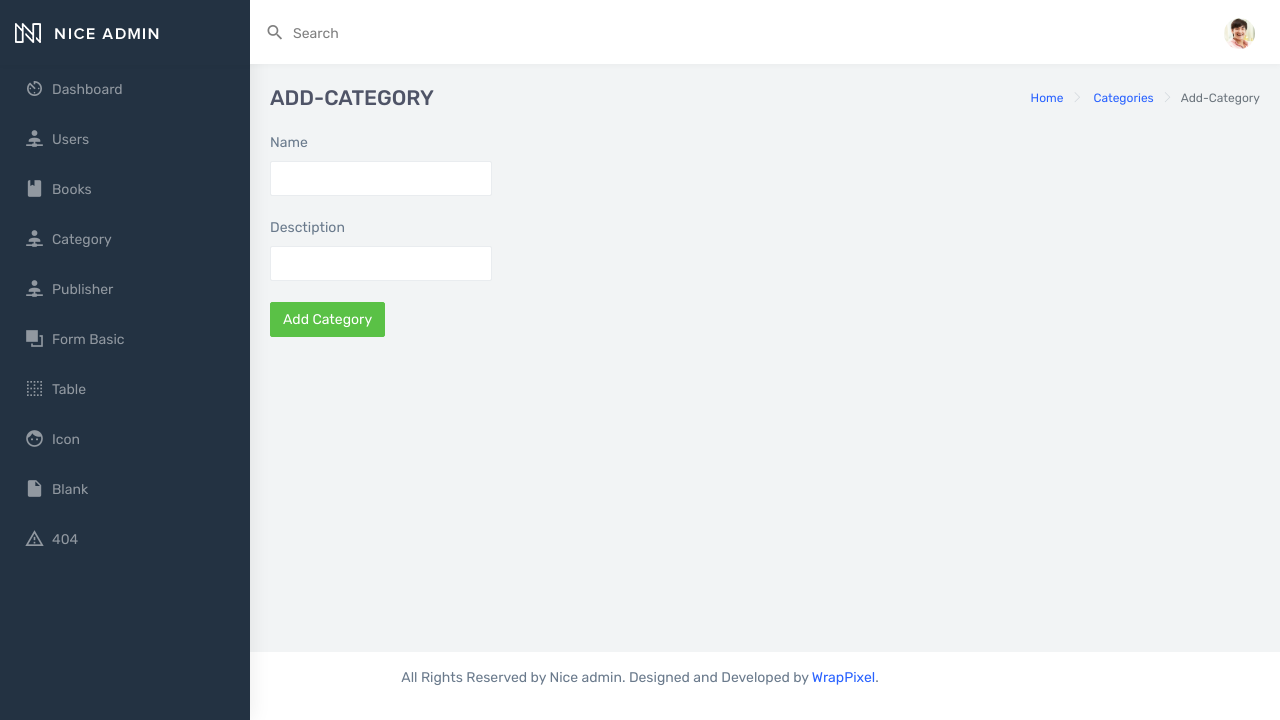
Repository: dev1xc/library-management-system
Page: http://localhost/admin/add-category
An editor plug-in stored every save of this project. The page is shown before and after the next save, followed by the edit.
The browser window is 1280 px wide. The pictures show the whole page.
The page is served by the project's Laravel application, run on PHP 8.4 with Laravel 10. The first stored user is signed in. The database holds what the project's SQL file puts in it.

Above is the page before, as saved 2024-02-08 02:40:44.
Console error: TypeError: Cannot read properties of null (reading 'querySelector')

After the next save:
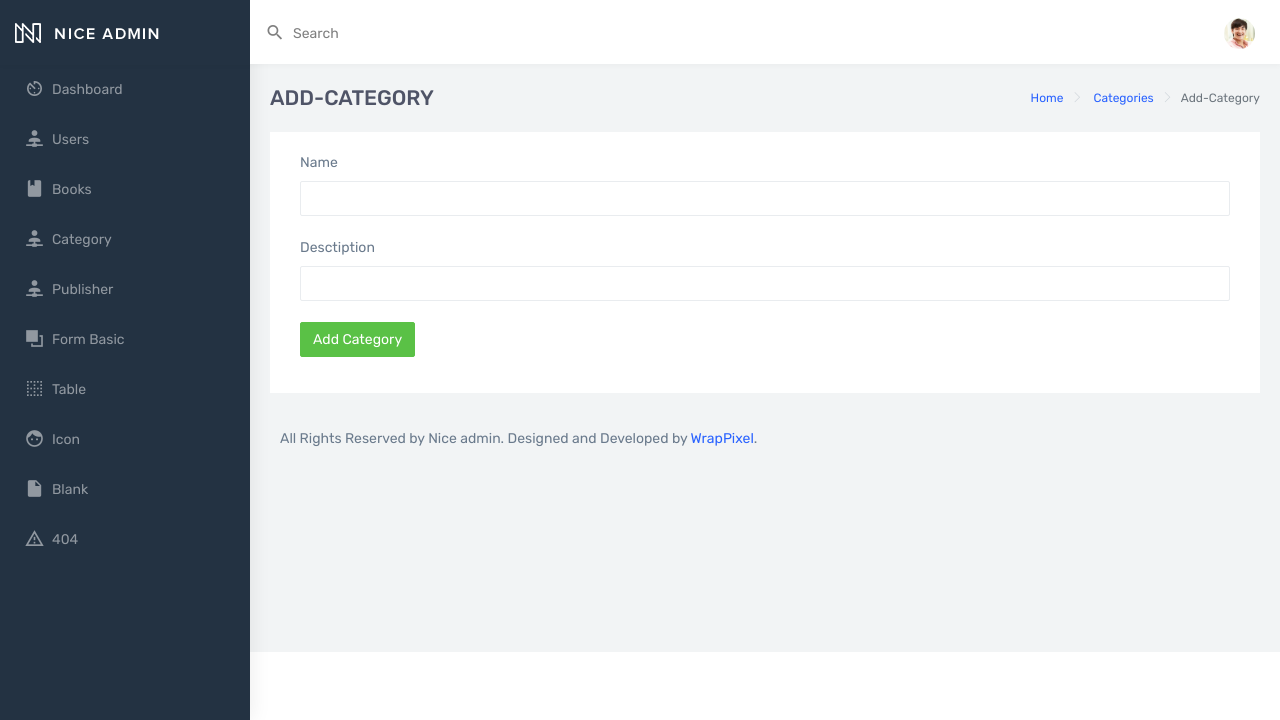
Saved 43 s later.
--- a/resources/views/admin/functions/category/add.blade.php
+++ b/resources/views/admin/functions/category/add.blade.php
@@ -44,6 +44,9 @@
     <!-- Start Page Content -->
     <!-- ============================================================== -->
     <div class="row">
+      <div class="col-lg-12 col-xlg-10 col-md-7">
+        <div class="card">
+          <div class="card-body">
       <form method="post">
         @csrf
         <div class="form-group">
